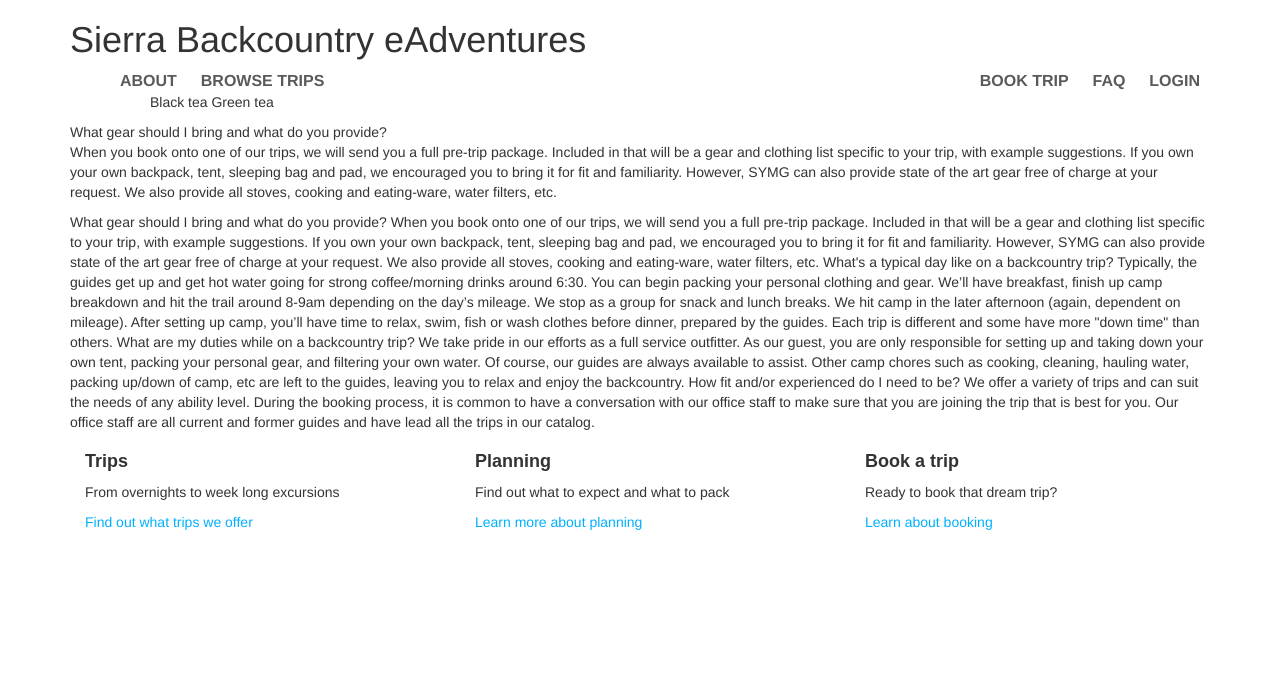
Repository: nageek17/eadventures
Page: http://localhost/support.php
The author's editor kept a record of every edit. The page is drawn from the files as they stood at one moment, then again after the next edit.
The browser window is 1280 px wide. The pictures show the whole page.
Some web libraries are served in a nearby version. The page is run by PHP 8.4 with error messages shown; the project is at /var/www/html/.

Above is the page before.
Console error (its wording comes from the project's code and is left out).

### support.php
<?php
    include ('header.php');
?>
<div class='container'>
<p>What gear should I bring and what do you provide?</br>
When you book onto one of our trips, we will send you a full pre-trip package. Included in that will be a gear and clothing list specific to your trip, with example suggestions. If you own your own backpack, tent, sleeping bag and pad, we encouraged you to bring it for fit and familiarity. However, SYMG can also provide state of the art gear free of charge at your request. We also provide all stoves, cooking and eating-ware, water filters, etc.


</p>

<p></p>

<p></p>

<p></p>
What gear should I bring and what do you provide?
When you book onto one of our trips, we will send you a full pre-trip package. Included in that will be a gear and clothing list specific to your trip, with example suggestions. If you own your own backpack, tent, sleeping bag and pad, we encouraged you to bring it for fit and familiarity. However, SYMG can also provide state of the art gear free of charge at your request. We also provide all stoves, cooking and eating-ware, water filters, etc.
What's a typical day like on a backcountry trip?
Typically, the guides get up and get hot water going for strong coffee/morning drinks around 6:30. You can begin packing your personal clothing and gear. We’ll have breakfast, finish up camp breakdown and hit the trail around 8-9am depending on the day’s mileage. We stop as a group for snack and lunch breaks. We hit camp in the later afternoon (again, dependent on mileage). After setting up camp, you’ll have time to relax, swim, fish or wash clothes before dinner, prepared by the guides. Each trip is different and some have more "down time" than others.
What are my duties while on a backcountry trip?
We take pride in our efforts as a full service outfitter. As our guest, you are only responsible for setting up and taking down your own tent, packing your personal gear, and filtering your own water. Of course, our guides are always available to assist. Other camp chores such as cooking, cleaning, hauling water, packing up/down of camp, etc are left to the guides, leaving you to relax and enjoy the backcountry.
How fit and/or experienced do I need to be?
We offer a variety of trips and can suit the needs of any ability level. During the booking process, it is common to have a conversation with our office staff to make sure that you are joining the trip that is best for you. Our office staff are all current and former guides and have lead all the trips in our catalog.


<?php
    include ('footer.php');
?>

### header.php
<?php
  session_start();
  include ('dbconfig.php');

  //$con=mysqli_connect("kdoung17-eadventures-885147","kdoung17","","eadventures");
  if (mysqli_connect_errno()) {
  echo "Failed to connect to MySQL: " . mysqli_connect_error();
  }
?>

<!DOCTYPE html>
<html>
  <head>

    <link rel="stylesheet" href="//netdna.bootstrapcdn.com/bootstrap/3.1.1/css/bootstrap.min.css">
    <link rel="stylesheet" href="//netdna.bootstrapcdn.com/bootstrap/3.1.1/css/bootstrap-theme.min.css">

    <link rel="stylesheet" href="css/main.css">

    <title>eAdventures</title>

  </head>

<body>
    <div class="nav">
      <div class="container">
        <h1 class='heading'>Sierra Backcountry eAdventures</h1>
        <ul class="pull-left" class="active">
          <li><a href="index.php">about</a></li>
          <li><a href="products.php">Browse Trips</a>
          <ul>
            <li>Black tea</li>
            <li>Green tea</li>
          </ul>

          </li>
        </ul>
        <ul class="pull-right">
          <li><a href="booking.php">Book trip</a></li>
          <li><a href="faq.php">FAQ</a></li>

          <?php
          if(isset($_SESSION['email']))
          {
                echo '<li><a href="account.php">Account</a></li>';
                echo '<li><a href="logout.php">Logout</a></li>';
          }
          else
          {
            echo '<li><a href="login.php">Login</a></li>';
          }
          ?>
        </ul>
      </div>
    </div>

### dbconfig.php
<?php

$con=mysqli_connect("kdoung17-eadventures-885147","kdoung17","","eadventures");

?>

### footer.php


<div class="learn-more">
	  <div class="container">
		<div class='row'>
	      <div class='col-md-4'>
			<h3>Trips</h3>
			<p>From overnights to week long excursions</p>
			<p><a href="products.php">Find out what trips we offer</a></p>
	      </div>
		  <div class='col-md-4'>
			<h3>Planning</h3>
			<p>Find out what to expect and what to pack</p>
			<p><a href="faq.php">Learn more about planning</a></p>
		  </div>
		  <div class='col-md-4'>
			<h3>Book a trip</h3>
			<p>Ready to book that dream trip?</p>
			<p><a href="booking.php">Learn about booking</a></p>
		  </div>
	    </div>
	  </div>
	</div>
</div>


<script type="text/javascript" src="jcart/js/jquery-1.4.4.min.js"></script>
<script type="text/javascript" src="jcart/js/jcart.min.js"></script>
<script src="https://maxcdn.bootstrapcdn.com/bootstrap/3.2.0/js/bootstrap.min.js"></script>

</body>
</html>

### jcart/config-loader.php
<?php

// jCart v1.3
// http://conceptlogic.com/jcart/

// By default, this file returns the $config array for use with PHP scripts
// If requested via Ajax, the array is encoded as JSON and echoed out to the browser

// Don't edit here, edit config.php
include_once('config.php');

// Use default values for any settings that have been left empty
if (!$config['currencyCode']) $config['currencyCode']                     = 'USD';
if (!$config['text']['cartTitle']) $config['text']['cartTitle']           = 'Shopping Cart';
if (!$config['text']['singleItem']) $config['text']['singleItem']         = 'Item';
if (!$config['text']['multipleItems']) $config['text']['multipleItems']   = 'Items';
if (!$config['text']['subtotal']) $config['text']['subtotal']             = 'Subtotal';
if (!$config['text']['update']) $config['text']['update']                 = 'update';
if (!$config['text']['checkout']) $config['text']['checkout']             = 'checkout';
if (!$config['text']['checkoutPaypal']) $config['text']['checkoutPaypal'] = 'Checkout with PayPal';
if (!$config['text']['removeLink']) $config['text']['removeLink']         = 'remove';
if (!$config['text']['emptyButton']) $config['text']['emptyButton']       = 'empty';
if (!$config['text']['emptyMessage']) $config['text']['emptyMessage']     = 'Your cart is empty!';
if (!$config['text']['itemAdded']) $config['text']['itemAdded']           = 'Item added!';
if (!$config['text']['priceError']) $config['text']['priceError']         = 'Invalid price format!';
if (!$config['text']['quantityError']) $config['text']['quantityError']   = 'Item quantities must be whole numbers!';
if (!$config['text']['checkoutError']) $config['text']['checkoutError']   = 'Your order could not be processed!';

if ($_GET['ajax'] == 'true') {
	header('Content-type: application/json; charset=utf-8');
	echo json_encode($config);
}
?>

### jcart/config.php
<?php

// jCart v1.3
// http://conceptlogic.com/jcart/

// Do NOT store any sensitive info in this file!!!
// It's loaded into the browser as plain text via Ajax


////////////////////////////////////////////////////////////////////////////////
// REQUIRED SETTINGS

// Path to your jcart files
$config['jcartPath']              = 'jcart/';

// Path to your checkout page
$config['checkoutPath']           = 'checkout.php';

// The HTML name attributes used in your item forms
$config['item']['id']             = 'my-item-id';    // Item id
$config['item']['name']           = 'my-item-name';    // Item name
$config['item']['price']          = 'my-item-price';    // Item price
$config['item']['qty']            = 'my-item-qty';    // Item quantity
$config['item']['url']            = 'my-item-url';    // Item URL (optional)
$config['item']['add']            = 'my-add-button';    // Add to cart button

// Your PayPal secure merchant ID
// Found here: https://www.paypal.com/webapps/customerprofile/summary.view
$config['paypal']['id']           = 'seller_1282188508_biz@conceptlogic.com';

////////////////////////////////////////////////////////////////////////////////
// OPTIONAL SETTINGS

// Three-letter currency code, defaults to USD if empty
// See available options here: http://j.mp/agNsTx
$config['currencyCode']           = '';

// Add a unique token to form posts to prevent CSRF exploits
// Learn more: http://conceptlogic.com/jcart/security.php
$config['csrfToken']              = false;

// Override default cart text
$config['text']['cartTitle']      = '';    // Shopping Cart
$config['text']['singleItem']     = '';    // Item
$config['text']['multipleItems']  = '';    // Items
$config['text']['subtotal']       = '';    // Subtotal
$config['text']['update']         = '';    // update
$config['text']['checkout']       = '';    // checkout
$config['text']['checkoutPaypal'] = '';    // Checkout with PayPal
$config['text']['removeLink']     = '';    // remove
$config['text']['emptyButton']    = '';    // empty
$config['text']['emptyMessage']   = '';    // Your cart is empty!
$config['text']['itemAdded']      = '';    // Item added!
$config['text']['priceError']     = '';    // Invalid price format!
$config['text']['quantityError']  = '';    // Item quantities must be whole numbers!
$config['text']['checkoutError']  = '';    // Your order could not be processed!

// Override the default buttons by entering paths to your button images
$config['button']['checkout']     = '';
$config['button']['paypal']       = '';
$config['button']['update']       = '';
$config['button']['empty']        = '';


////////////////////////////////////////////////////////////////////////////////
// ADVANCED SETTINGS

// Display tooltip after the visitor adds an item to their cart?
$config['tooltip']                = true;

// Allow decimals in item quantities?
$config['decimalQtys']            = false;

// How many decimal places are allowed?
$config['decimalPlaces']          = 1;

// Number format for prices, see: http://php.net/manual/en/function.number-format.php
$config['priceFormat']            = array('decimals' => 2, 'dec_point' => '.', 'thousands_sep' => ',');

// Send visitor to PayPal via HTTPS?
$config['paypal']['https']        = true;

// Use PayPal sandbox?
$config['paypal']['sandbox']      = false;

// The URL a visitor is returned to after completing their PayPal transaction
$config['paypal']['returnUrl']    = '';

// The URL of your PayPal IPN script
$config['paypal']['notifyUrl']    = '';

?>

### css/main.css
.home .heading {
  font-family: 'Shift', sans-serif;
  font-weight: bold;
}

.featured-trips {
    background-color: #efefef;
    border-top: 1px solid #dbdbdb;
    border-bottom: 1px solid #dbdbdb;

}

.featured-trips h2{
    color: #393c3d;
    font-size: 24px;
}

.featured-trips p {
    font-size: 15px;
    margin-bottom: 13px;
}

.featured-trips .thumbnail{
  height: 500px;
}

.nav a {
  color: #5a5a5a;
  font-size: 16px;
  font-weight: bold;
  padding: 14px 10px;
  text-transform: uppercase;
}

.nav li {
  display: inline;
}

.home .jumbotron {
  background-image:url(../img/yosemitecover.jpg);
  height: 600px;
  margin-bottom:0px;
}

.home .jumbotron .container {
  position: relative;
  top:100px;
}

.home .jumbotron h1 {
  color: #fff;
  font-size: 48px;
  font-family: 'Shift', sans-serif;
  font-weight: bold;
}

.home .jumbotron p {
  font-size: 26px;
  color: #fff;
}

.home .learn-more {
  background-color: #f7f7f7;
}

.learn-more h3 {
  font-family: 'Shift', sans-serif;
  font-size: 18px;
  font-weight: bold;
}

.learn-more a {
  color: #00b0ff;
}

.trips .jumbotron {
  background-color: #f7f7f7;

}

/*  products css page */
.trips .jumbotron p{
  font-size: 15px;

}

.trips .container{
        border-top-style: solid;
        border-top-color: #778899;

}

.trips .thumbnail {
  margin-top: 20px;
}

### jcart/js/jcart.min.js
// jCart v1.3
// http://conceptlogic.com/jcart/
$(function(){var a=(function(){var k="jcart",b=$("#jcart"),e=$("[name=jcartToken]").val(),i=$("#jcart-tooltip");var d=(function(){var l=null;$.ajax({url:k+"/config-loader.php",data:{ajax:"true"},dataType:"json",async:false,success:function(m){l=m},error:function(){alert("Ajax error: Edit the path in jcart.js to fix.")}});return l}());var f=(function(){if(d.tooltip===true){i.text(d.text.itemAdded);$(".jcart [type=submit]").mouseenter(function(m){var l=m.pageY+25,n=m.pageX+-10;$("body").append(i);i.css({top:n+"px",left:l+"px"})}).mousemove(function(m){var n=m.pageY+25,l=m.pageX+-10;i.css({top:n+"px",left:l+"px"})}).mouseleave(function(){i.hide()})}$("#jcart-buttons").remove();$.ajaxSetup({type:"POST",url:k+"/relay.php",success:function(l){b.html(l);$("#jcart-buttons").remove()},error:function(n,p){var o=n.status,l="Ajax error: ";if(o===0){l+="Check your network connection."}if(o===404||o===500){l+=o}if(p==="parsererror"||p==="timeout"){l+=p}alert(l)}})}());var c=$("#jcart-is-checkout").val();function j(n){var m=n.find("[name="+d.item.qty+"]"),l=n.find("[name="+d.item.add+"]");$.ajax({data:n.serialize()+"&"+d.item.add+"="+l.val(),success:function(o){if(m.val()>0&&i.css("display")==="none"){i.fadeIn("100").delay("400").fadeOut("100")}b.html(o);$("#jcart-buttons").remove()}})}function g(l){var o=l.parent().find('[name="jcartItemId[]"]').val();var n=l.val();if(n){var m=window.setTimeout(function(){$.ajax({data:{jcartUpdate:1,itemId:o,itemQty:n,jcartIsCheckout:c,jcartToken:e}})},1000)}l.keydown(function(p){if(p.which!==9){window.clearTimeout(m)}})}function h(m){var n=m.attr("href");n=n.split("=");var l=n[1];$.ajax({type:"GET",data:{jcartRemove:l,jcartIsCheckout:c}})}$(".jcart").submit(function(l){j($(this));l.preventDefault()});b.keydown(function(l){if(l.which===13){l.preventDefault()}});b.delegate('[name="jcartItemQty[]"]',"keyup",function(){g($(this))});b.delegate(".jcart-remove","click",function(l){h($(this));l.preventDefault()})}())});

Loaded but not shown: jcart/js/jquery-1.4.4.min.js (library)

After the next edit:
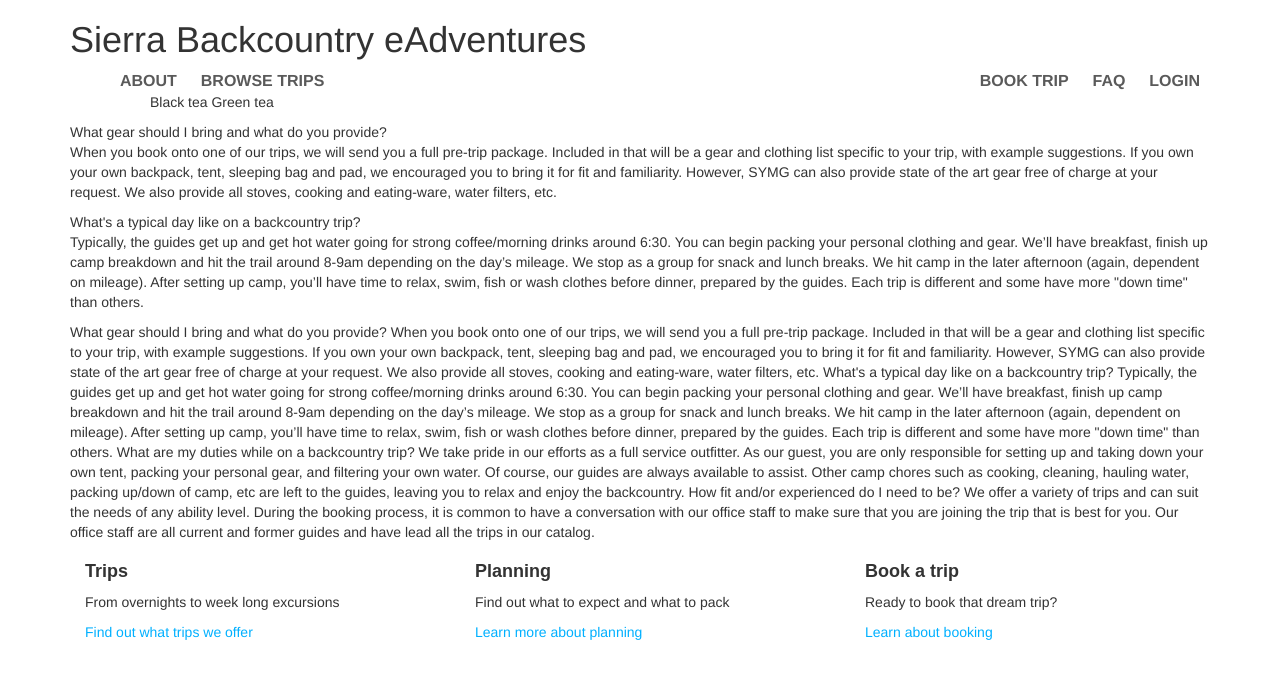
The edit:
--- a/support.php
+++ b/support.php
@@ -8,7 +8,9 @@
 
 </p>
 
-<p></p>
+<p>What's a typical day like on a backcountry trip?</br>
+Typically, the guides get up and get hot water going for strong coffee/morning drinks around 6:30. You can begin packing your personal clothing and gear. We’ll have breakfast, finish up camp breakdown and hit the trail around 8-9am depending on the day’s mileage. We stop as a group for snack and lunch breaks. We hit camp in the later afternoon (again, dependent on mileage). After setting up camp, you’ll have time to relax, swim, fish or wash clothes before dinner, prepared by the guides. Each trip is different and some have more "down time" than others.
+</p>
 
 <p></p>
 
